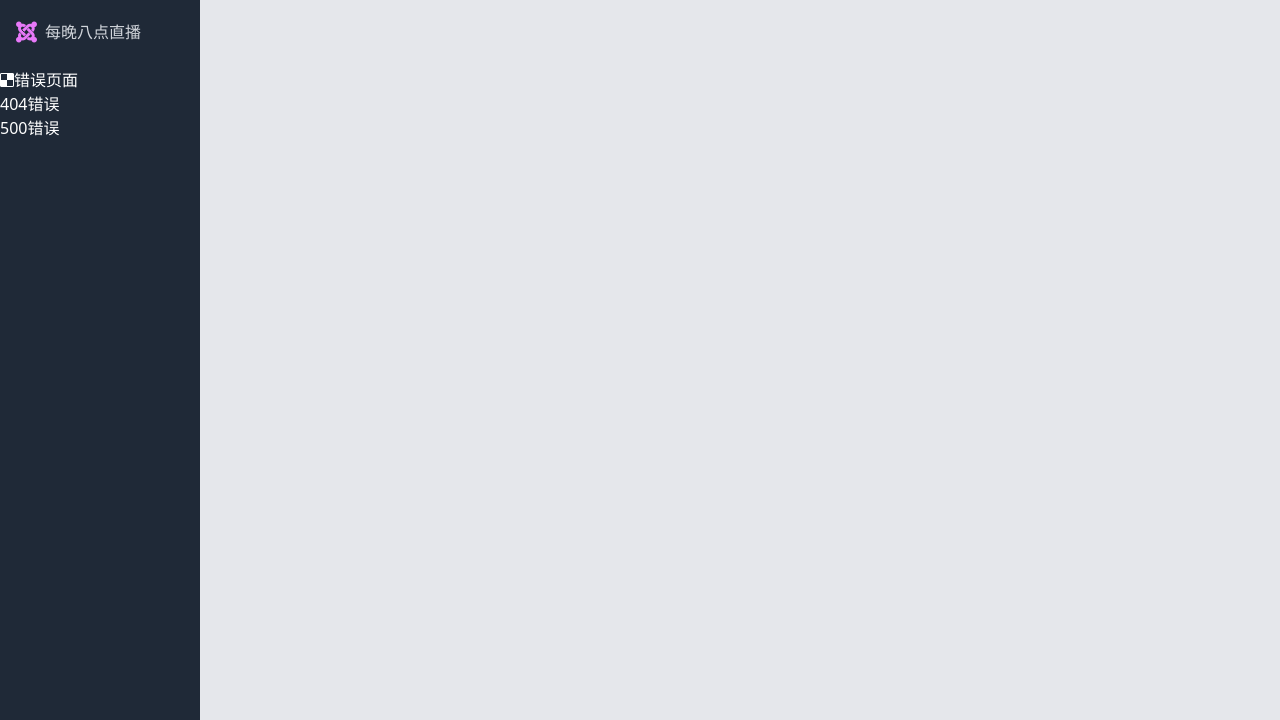
Repository: liangyingbo/vite-vue-TS
Page: /#/admin/home
These files come from the project's save history. The page is drawn as it stood at one moment and after the next save; the edit follows.
The browser window is 1280 px wide. The pictures show the whole page.
The project was rebuilt for these pictures with package versions that can differ from the ones it lists, and the page was loaded fresh each time. Also part of the build but not shown: vite.config.ts, src/components/form/HdButton.vue, src/components/form/HdInput.vue, src/components/form/hdLink.vue, src/styles/global.scss.

Above is the page before, as saved 2022-11-18 19:54:57.

After the next save:
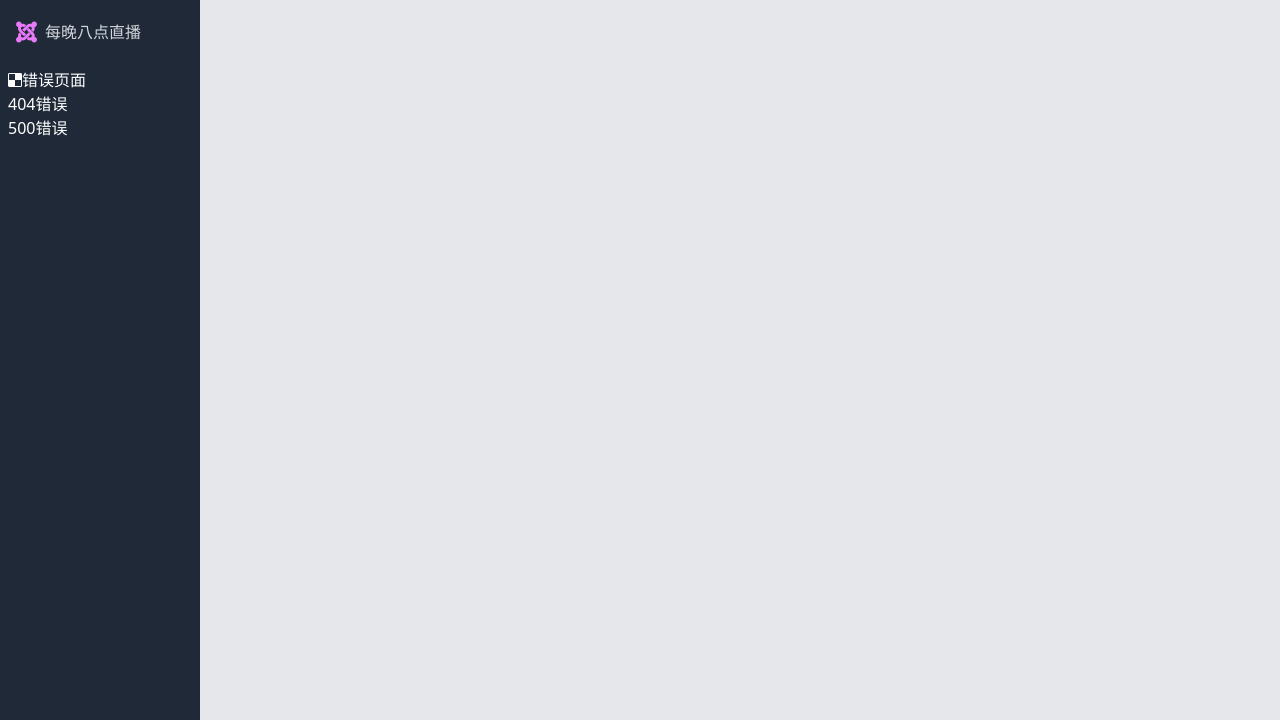
Saved 33 s later.
--- a/src/views/admin/home.vue
+++ b/src/views/admin/home.vue
@@ -6,7 +6,7 @@
                 <span class="text-base text-gray-300">每晚八点直播</span>
              </div>
              <div class="left-container">
-                <dt class="text-white mt-3">
+                <dt class="text-white mt-3 px-2">
                     <dl>
                         <i class="fab fa-delicious"></i>
                         <span>错误页面</span>
